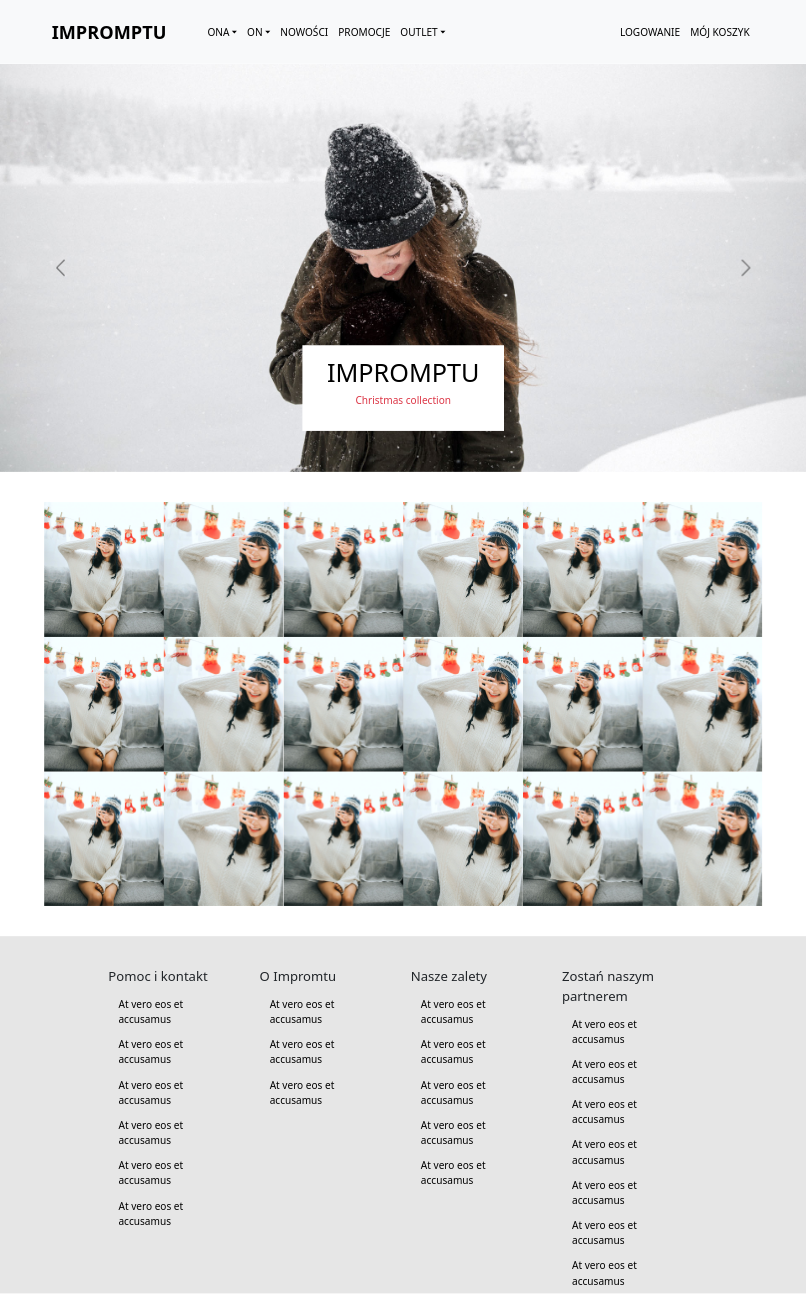
Repository: michalgornicki/Impromptu
Page: /
An editor plug-in stored every save of this project. The page is shown before and after a run of saves, followed by the edit.
The browser window is 1280 px wide. The pictures show the whole page, at 63% of full size.
The project was rebuilt for these pictures with package versions that can differ from the ones it lists, and the page was loaded fresh each time.

Above is the page before, as saved 2021-12-23 14:49:51.

After the next 2 saves:
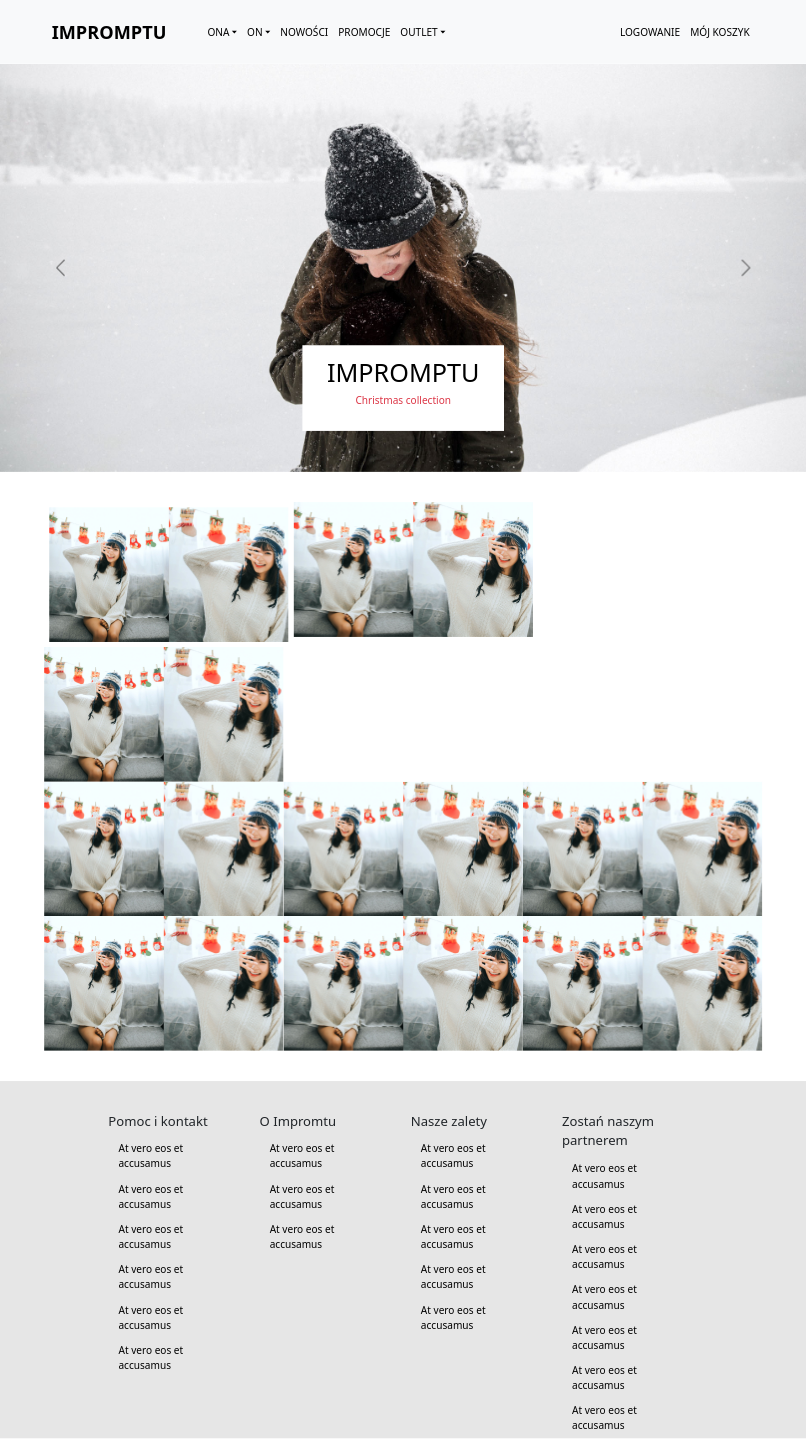
The 2 saves are shown as one change because they came seconds apart.
The last was saved 7 s later.
--- a/src/App.jsx
+++ b/src/App.jsx
@@ -193,7 +193,7 @@
 
 <Container className="mt-5">
 <Row>
-    <Col lg={4} className="overflow-hidden p-0"><img className="grid-item" src={photo1} alt="" /></Col>
+    <Col lg={4} className="overflow-hidden p-0 m-2"><img className="grid-item" src={photo1} alt="" /></Col>
     <Col lg={4} className="overflow-hidden p-0"><img className="grid-item" src={photo1} alt="" /></Col>
     <Col lg={4} className="overflow-hidden p-0"><img className="grid-item" src={photo1} alt="" /></Col>
   </Row>

After the save that followed:
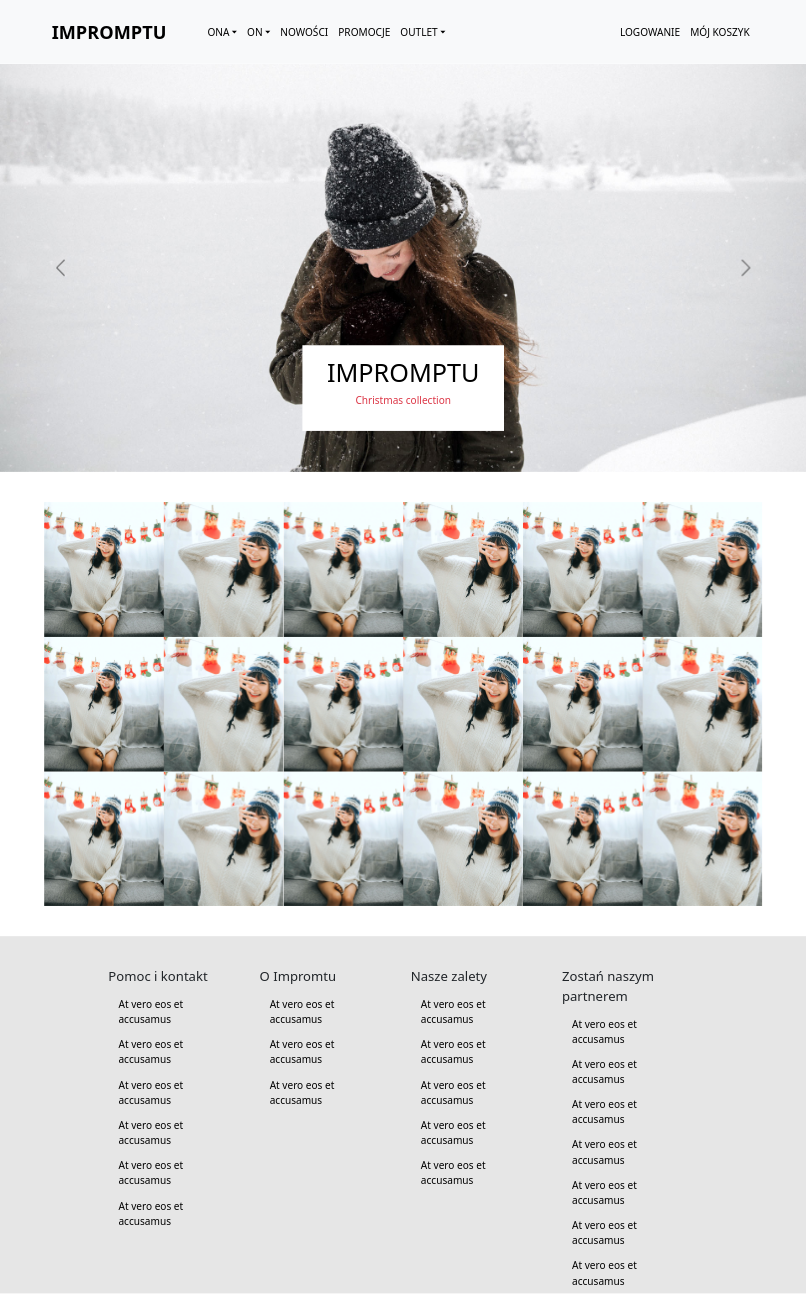
Saved 6 s later.
--- a/src/App.jsx
+++ b/src/App.jsx
@@ -193,7 +193,7 @@
 
 <Container className="mt-5">
 <Row>
-    <Col lg={4} className="overflow-hidden p-0 m-2"><img className="grid-item" src={photo1} alt="" /></Col>
+    <Col lg={4} className="overflow-hidden p-0"><img className="grid-item" src={photo1} alt="" /></Col>
     <Col lg={4} className="overflow-hidden p-0"><img className="grid-item" src={photo1} alt="" /></Col>
     <Col lg={4} className="overflow-hidden p-0"><img className="grid-item" src={photo1} alt="" /></Col>
   </Row>
